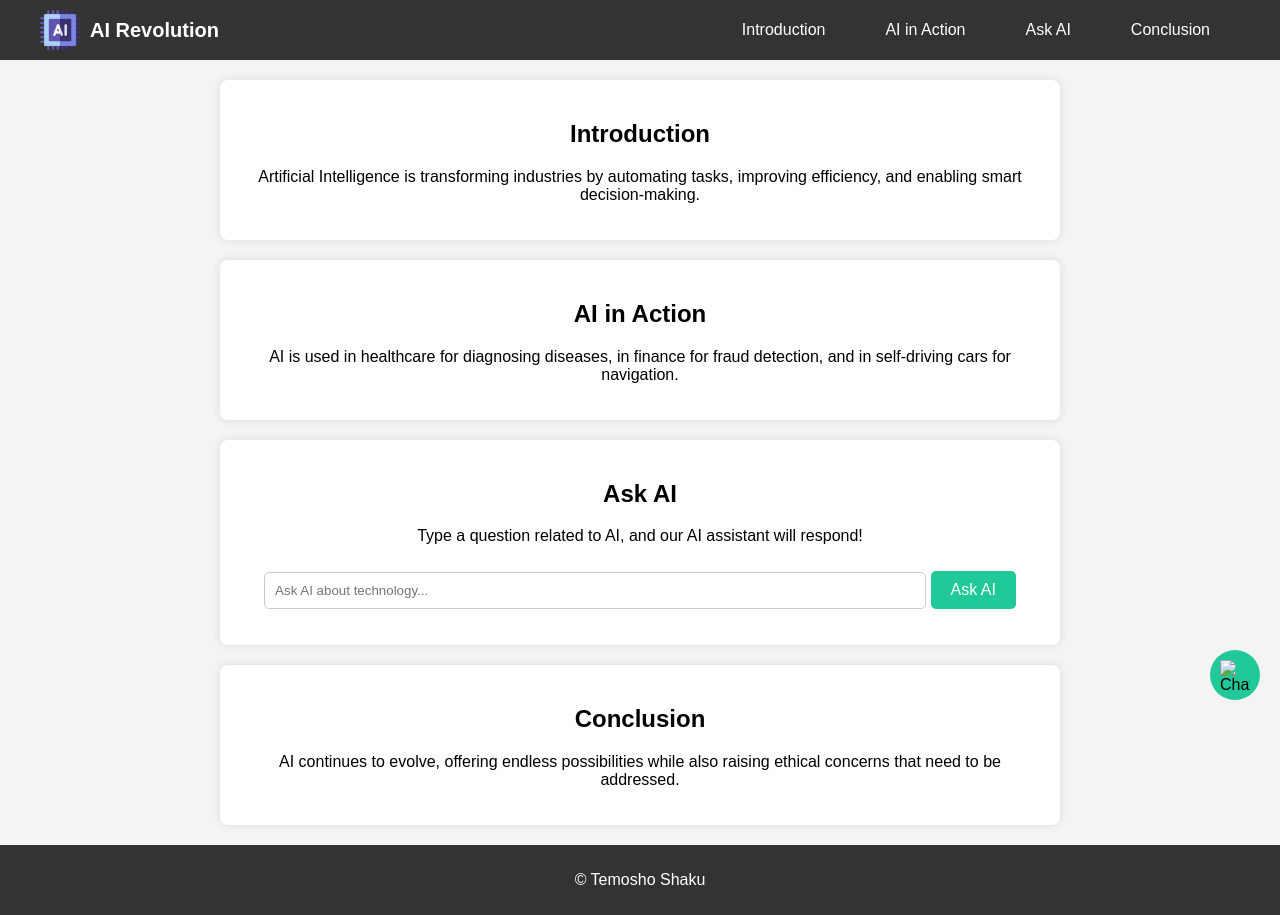
Repository: TemoshoS/ai
Page: index.html
The author's editor kept a copy of each file at every save. The page is drawn from the files as they stood at one save, then again after a run of saves.
The browser window is 1280 px wide. The pictures show the whole page.

Above is the page before, as saved 2025-02-16 15:34:07.
Not found: chat-icon.png

### index.html
<!DOCTYPE html>
<html lang="en">
<head>
    <meta charset="UTF-8">
    <meta name="viewport" content="width=device-width, initial-scale=1.0">
    <title>AI Revolution</title>
    <link rel="stylesheet" href="styles.css">
</head>
<body>

    <nav>
        <div class="nav-container">
            <div class="logo">
                <img src="./ai.png" alt="AI Logo">
                <span>AI Revolution</span>
            </div>
            <ul class="nav-links">
                <li><a href="#intro">Introduction</a></li>
                <li><a href="#body">AI in Action</a></li>
                <li><a href="#chatbot">Ask AI</a></li>
                <li><a href="#conclusion">Conclusion</a></li>
            </ul>
        </div>
    </nav>

    <section id="intro">
        <h2>Introduction</h2>
        <p>Artificial Intelligence is transforming industries by automating tasks, improving efficiency, and enabling smart decision-making.</p>
    </section>

    <section id="body">
        <h2>AI in Action</h2>
        <p>AI is used in healthcare for diagnosing diseases, in finance for fraud detection, and in self-driving cars for navigation.</p>
    </section>

    <section id="chatbot">
        <h2>Ask AI</h2>
        <p>Type a question related to AI, and our AI assistant will respond!</p>
        <input type="text" id="userInput" placeholder="Ask AI about technology...">
        <button id="askAI">Ask AI</button>
        <p id="aiResponse"></p>

        <!-- Chat Icon -->
        <div id="chatIcon">
            <img src="./chat-icon.png" alt="Chat" />
        </div>

        <!-- Chat Box -->
        <div id="chatBox">
            <div class="chat-header">
                <span>AI Chat</span>
                <button id="closeChat">&times;</button>
            </div>
            <div class="chat-body">
                <p>Welcome! Ask me anything.</p>
            </div>
            <input type="text" id="chatInput" placeholder="Type your message...">
            <button id="sendChat">Send</button>
        </div>
    </section>


    <section id="conclusion">
        <h2>Conclusion</h2>
        <p>AI continues to evolve, offering endless possibilities while also raising ethical concerns that need to be addressed.</p>
    </section>

    <footer>
        <p>&copy; Temosho Shaku</p>
    </footer>

    <script src="script.js"></script>
</body>
</html>

### styles.css
body {
    font-family: Arial, sans-serif;
    margin: 0;
    padding: 0;
    background-color: #f4f4f4;
    text-align: center;
}

/* NAVIGATION BAR */
nav {
    background: #333;
    padding: 10px 20px;
}

.nav-container {
    display: flex;
    justify-content: space-between;
    align-items: center;
    max-width: 1200px;
    margin: auto;
}

.logo {
    display: flex;
    align-items: center;
}

.logo img {
    width: 40px;
    height: 40px;
    margin-right: 10px;
}

.logo span {
    font-size: 20px;
    color: white;
    font-weight: bold;
}

.nav-links {
    list-style: none;
    display: flex;
    margin: 0;
    padding: 0;
}

.nav-links li {
    margin: 0 15px;
}

.nav-links li a {
    color: white;
    text-decoration: none;
    padding: 10px 15px;
    display: block;
}

.nav-links li a:hover {
    background-color: #20C997;
    border-radius: 5px;
}

/* CONTENT */
section {
    padding: 20px;
    max-width: 800px;
    margin: auto;
    background: white;
    margin-top: 20px;
    border-radius: 8px;
    box-shadow: 0px 0px 10px rgba(0, 0, 0, 0.1);
}

/* AI CHAT */
input {
    padding: 10px;
    width: 80%;
    border: 1px solid #ccc;
    border-radius: 5px;
    margin-top: 10px;
}

button {
    background-color: #20C997;
    color: white;
    padding: 10px 20px;
    border: none;
    font-size: 16px;
    cursor: pointer;
    margin-top: 10px;
    border-radius: 5px;
}

button:hover {
    background-color: #17a589;
}

#aiResponse {
    font-weight: bold;
    color: #333;
    margin-top: 15px;
}
/* Chat Icon */
#chatIcon {
    position: fixed;
    bottom: 20px;
    right: 20px;
    background-color: #20C997;
    width: 50px;
    height: 50px;
    border-radius: 50%;
    display: flex;
    justify-content: center;
    align-items: center;
    cursor: pointer;
}

#chatIcon img {
    width: 30px;
    height: 30px;
}

/* Chat Box */
#chatBox {
    position: fixed;
    bottom: 80px;
    right: 20px;
    width: 300px;
    background: white;
    box-shadow: 0px 0px 10px rgba(0, 0, 0, 0.2);
    border-radius: 8px;
    display: none;
    flex-direction: column;
}

.chat-header {
    background: #20C997;
    color: white;
    padding: 10px;
    display: flex;
    justify-content: space-between;
    align-items: center;
    font-weight: bold;
}

.chat-header button {
    background: none;
    border: none;
    color: white;
    font-size: 20px;
    cursor: pointer;
}

.chat-body {
    padding: 10px;
    max-height: 200px;
    overflow-y: auto;
}

#chatInput {
    width: 80%;
    padding: 10px;
    border: 1px solid #ccc;
    border-radius: 5px;
    margin: 10px;
}

#sendChat {
    background-color: #20C997;
    color: white;
    padding: 10px;
    border: none;
    cursor: pointer;
    border-radius: 5px;
}


/* FOOTER */
footer {
    margin-top: 20px;
    background-color: #333;
    color: white;
    padding: 10px;
}

### script.js
document.getElementById("chatIcon").addEventListener("click", function () {
    document.getElementById("chatBox").style.display = "flex";
});

document.getElementById("closeChat").addEventListener("click", function () {
    document.getElementById("chatBox").style.display = "none";
});

document.getElementById("askAI").addEventListener("click", function () {
    let userInput = document.getElementById("userInput").value.trim();

    if (!userInput) {
        alert("Please enter a question!");
        return;
    }

    document.getElementById("aiResponse").innerText = "Thinking...";

    setTimeout(() => {
        let fakeResponses = [
            "AI helps automate repetitive tasks.",
            "Machine learning enables computers to learn from data.",
            "AI is used in chatbots, self-driving cars, and healthcare.",
            "AI raises ethical concerns, including bias and job automation.",
            "AI can improve cybersecurity by detecting threats."
        ];

        let randomResponse = fakeResponses[Math.floor(Math.random() * fakeResponses.length)];

        document.getElementById("aiResponse").innerText = randomResponse;
    }, 1500);
});

After the next 3 saves:
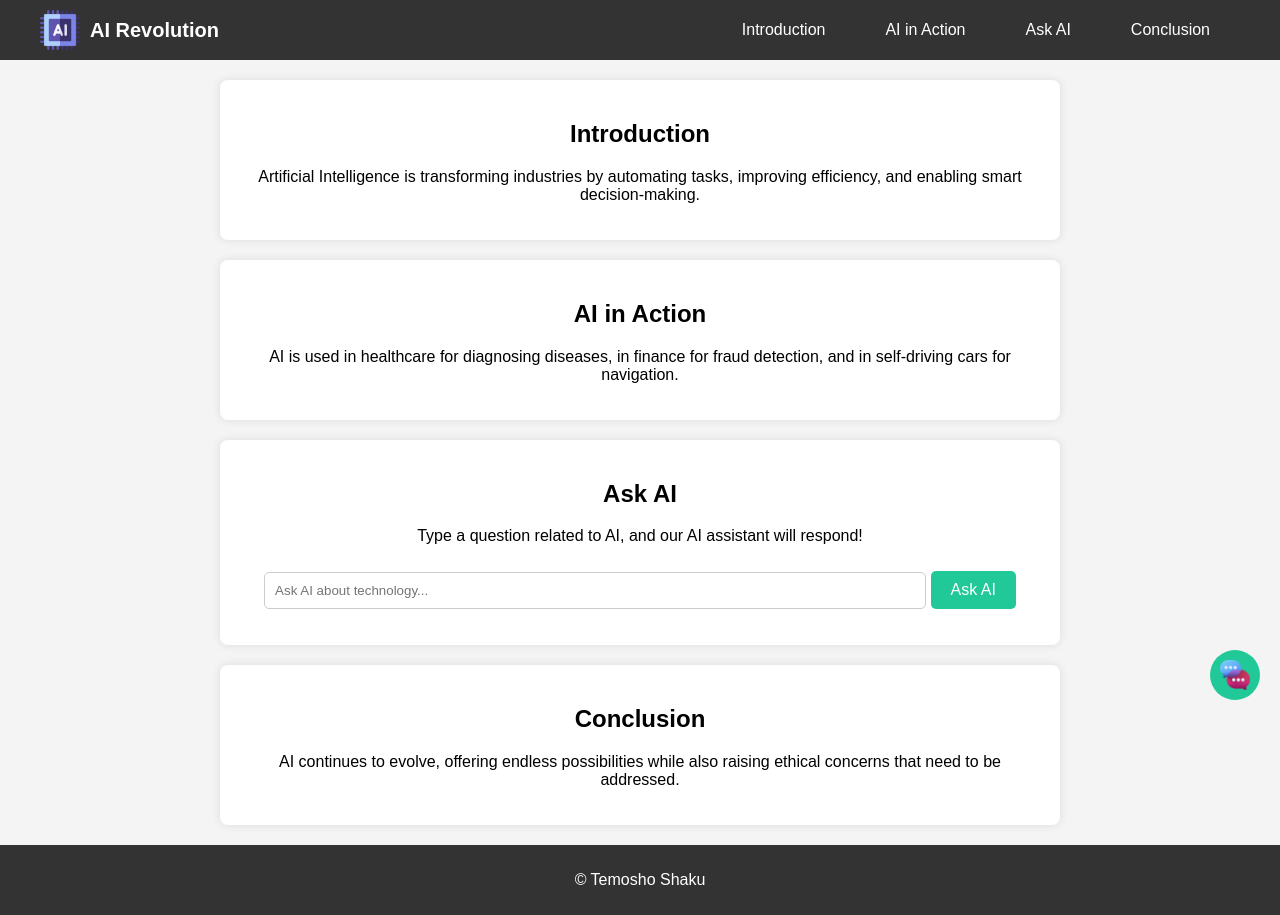
The 3 saves are shown as one change because they came seconds apart.
The last was saved 2 min 31 s later.
--- a/index.html
+++ b/index.html
@@ -42,7 +42,7 @@
 
         <!-- Chat Icon -->
         <div id="chatIcon">
-            <img src="./chat-icon.png" alt="Chat" />
+            <img src="./speech-bubble.png" alt="Chat" />
         </div>
 
         <!-- Chat Box -->
